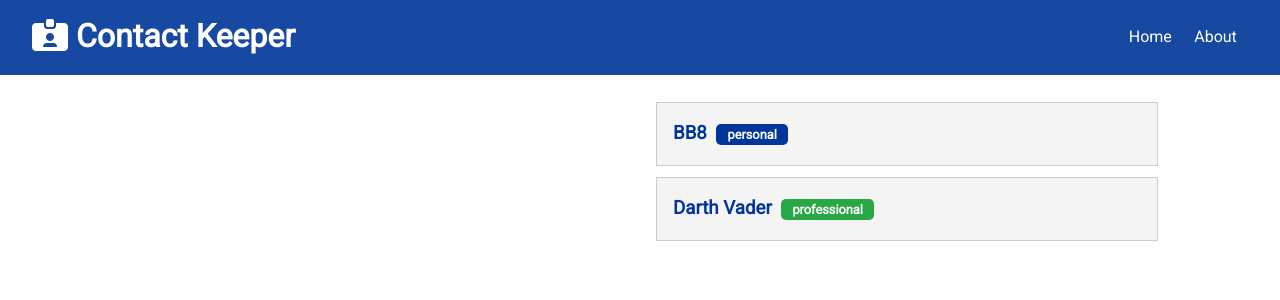
Repository: mjcanon4/contact-keeper
Page: / (app in client/)
The author's editor kept a copy of each file at every save. The page is drawn from the files as they stood at one save, then again after the next save.
The browser window is 1280 px wide. The pictures show the whole page.
Some web libraries are served in a nearby version. The project was rebuilt for these pictures with package versions that can differ from the ones it lists, and the page was loaded fresh each time. A package was used in the major version that the imports need, not the one package.json lists. Also part of the build but not shown: client/src/components/pages/About.js.

Above is the page before, as saved 2021-08-17 20:20:49.

After the next save:
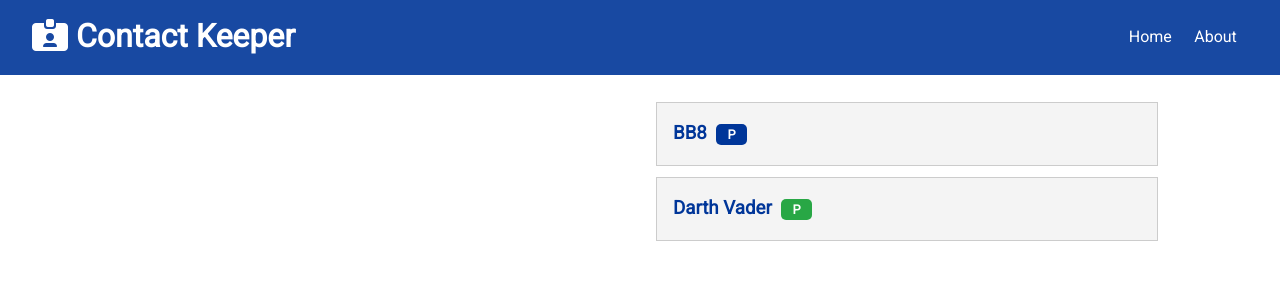
Saved 4 min 15 s later.
--- a/client/src/components/contacts/ContactItem.js
+++ b/client/src/components/contacts/ContactItem.js
@@ -13,7 +13,7 @@ const ContactItem = ({ contact }) => {
             (type == "professional" ? "badge-success" : "badge-primary")
           }
         >
-          {type}
+          {type.charAt(0).toUpperCase()}
         </span>
       </h3>
     </div>
